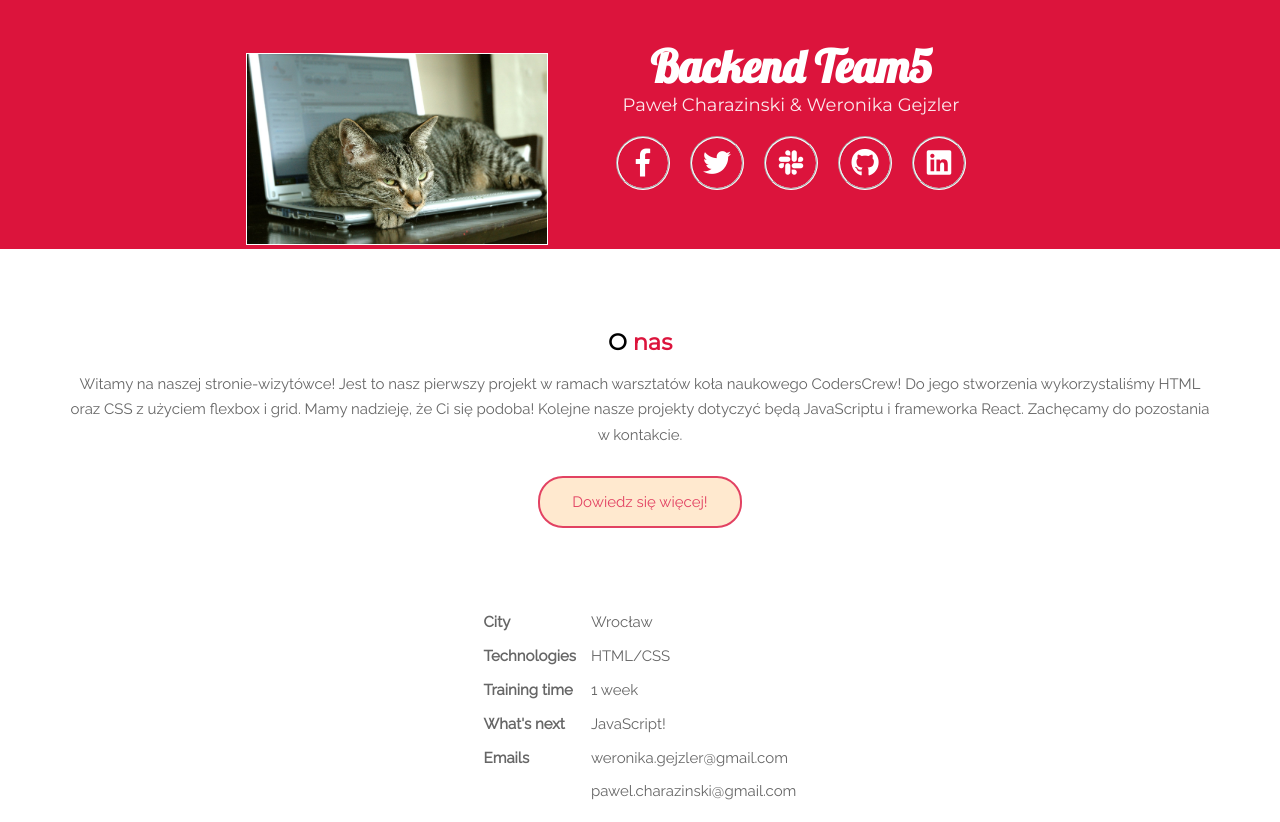
Repository: pietruszka/cc_proj1
Page: index.html
These files come from the project's save history. The page is drawn as it stood at one moment and after a run of saves; the edit follows.
The browser window is 1280 px wide. The pictures show the whole page.
The pointer rests on the first visible `#button`.
Some web libraries are served in a nearby version.

Above is the page before, as saved 2018-11-18 20:29:30.

After the next 4 saves:
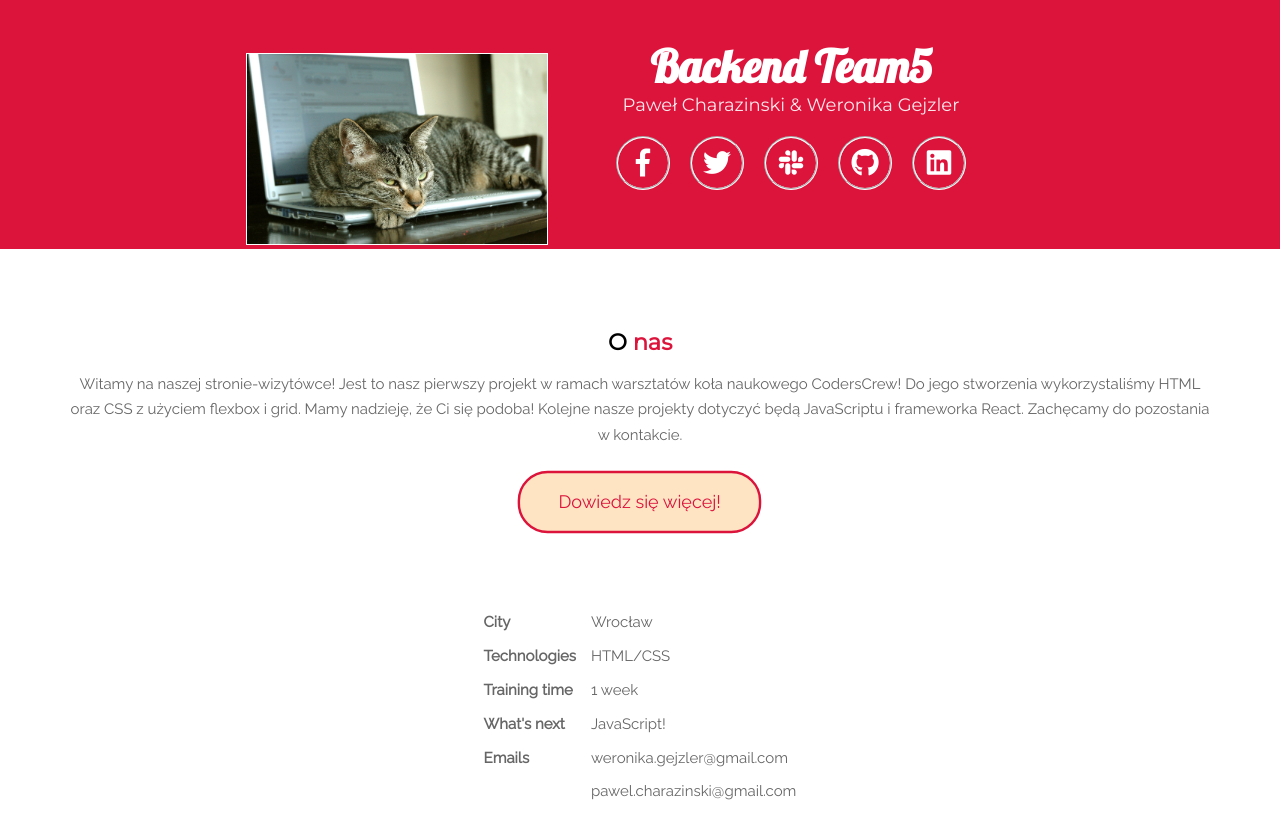
The 4 saves are shown as one change because they came seconds apart.
The last was saved 21 s later.
--- a/style.css
+++ b/style.css
@@ -150,7 +150,7 @@ Line-Height: 1.7em;
 #button:hover {
     cursor: pointer;
     background-color: bisque;
-    opacity: 0.8;
+    scale: 1.2;
 
 }
 
